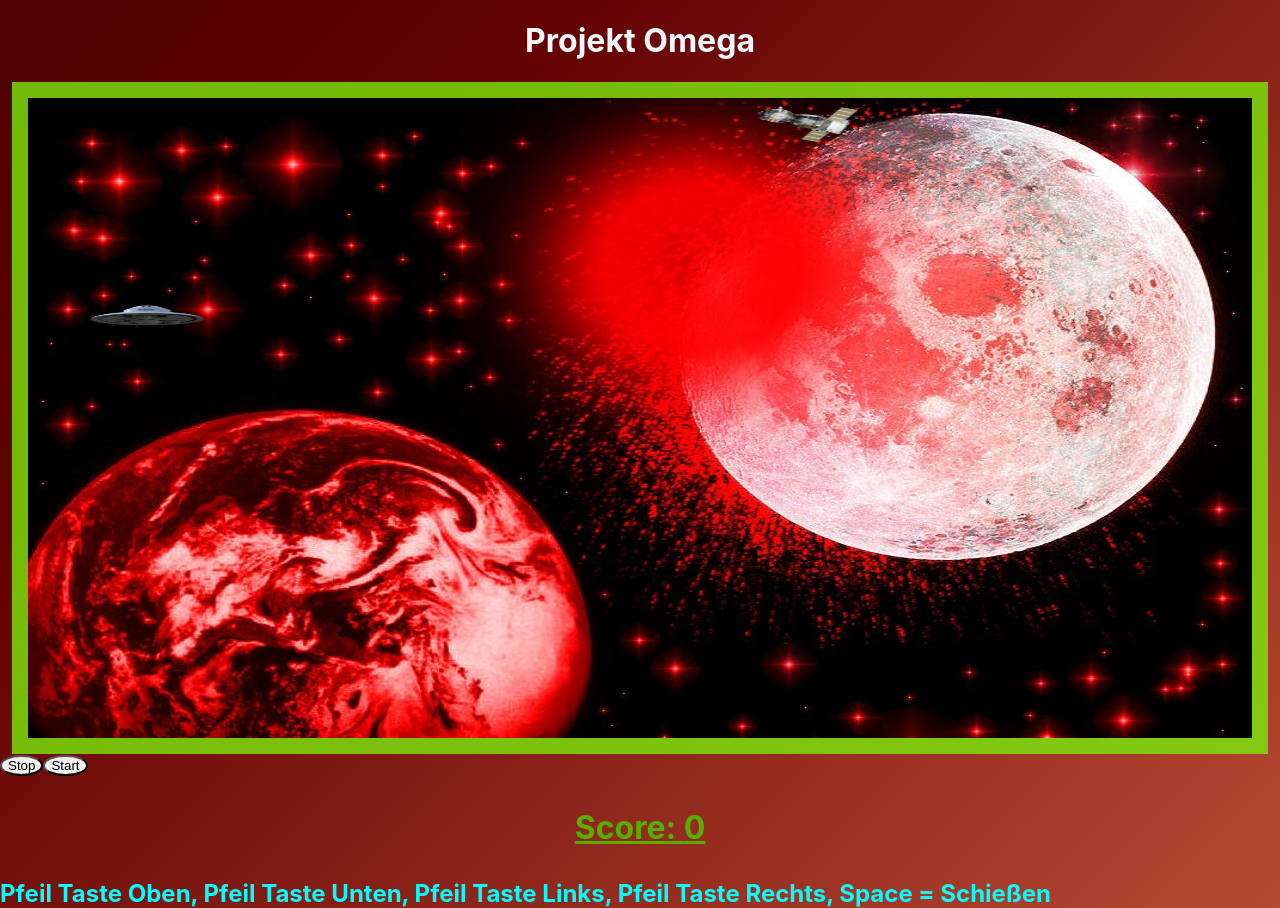
Repository: Der-Metatron/Projekt-Omega-Sprotte
Page: /, after clicking the first element matching `button.startbutton`
The author's editor kept a copy of each file at every save. The page is drawn from the files as they stood at one save, then again after the next save.
The browser window is 1280 px wide. The pictures show the whole page.
The project was rebuilt for these pictures with package versions that can differ from the ones it lists, and the page was loaded fresh each time.

Above is the page before, as saved 2022-06-23 20:37:34.

After the next save:
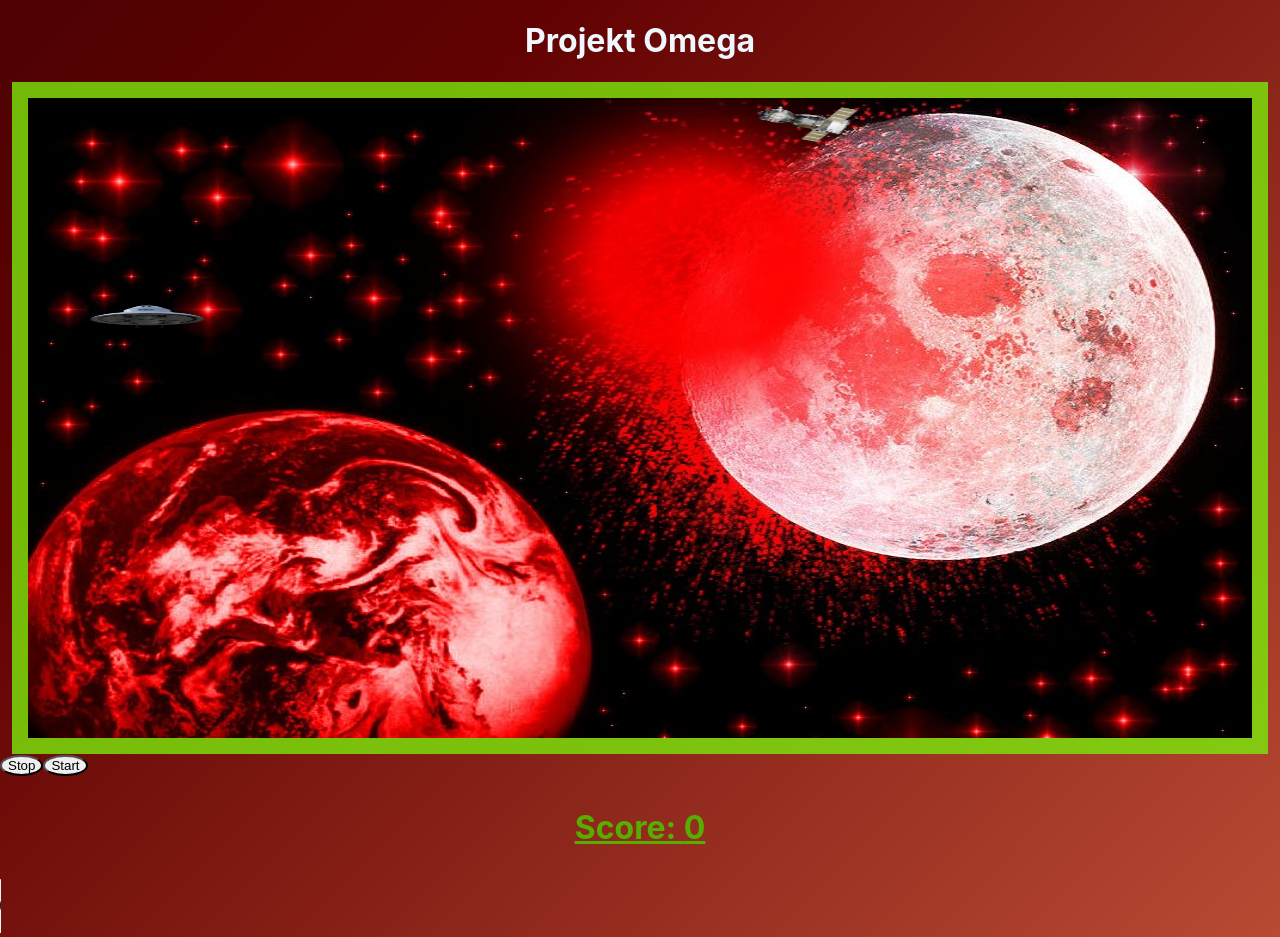
Saved 40 s later.
--- a/src/components/Footer.jsx
+++ b/src/components/Footer.jsx
@@ -1,12 +1,16 @@
 import React from "react";
-
+import ReactAudioPlayer from "react-audio-player";
 export const Footer = () => {
   return (
     <div>
-      <h2>
-        Pfeil Taste Oben, Pfeil Taste Unten, Pfeil Taste Links, Pfeil Taste
-        Rechts, Space = Schießen
-      </h2>
+      <ReactAudioPlayer
+        className="player"
+        src="/audio/Musik/titel 1.mp3"
+        autoPlay
+        controls
+        loop
+        volume={0.5}
+      />
     </div>
   );
 };
